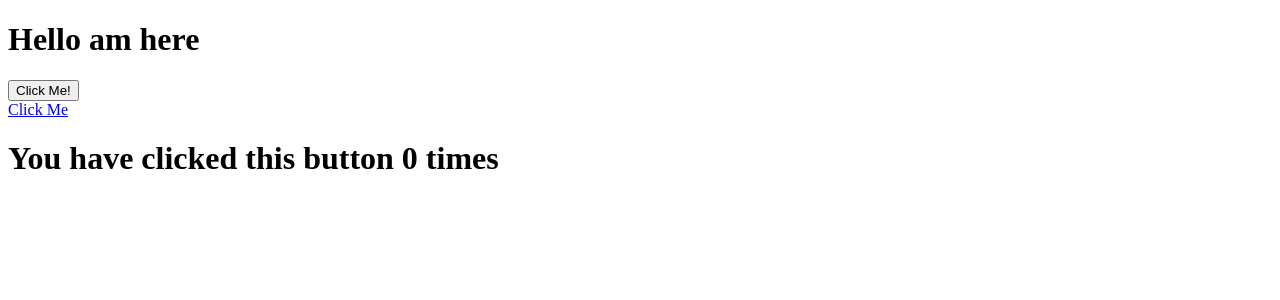
Repository: ohis/JAVAOnTheWeb
Page: http://localhost/ButtonClicker/Clicker
These files come from the project's save history. The page is drawn as it stood at one moment and after the next save; the edit follows.
The browser window is 1280 px wide. The pictures show the whole page.
The page is served by Tomcat 9.

Above is the page before, as saved 2017-12-03 03:07:53.

After the next save:
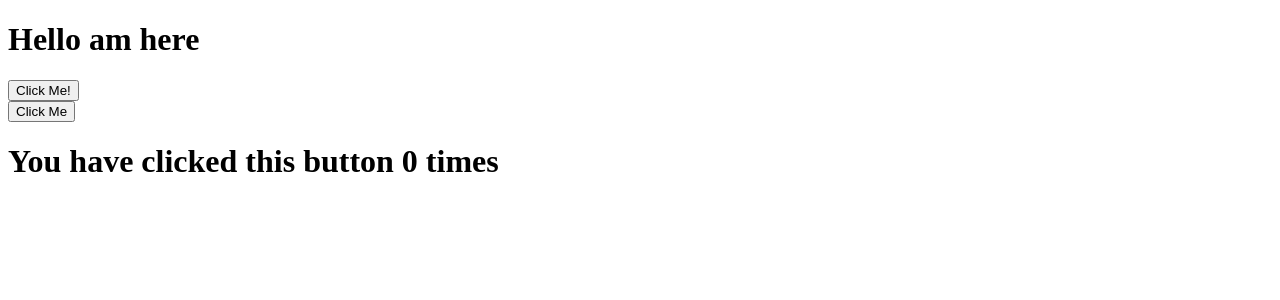
Saved 28 s later.
--- a/servlets/ButtonClicker/WebContent/WEB-INF/views/click.jsp
+++ b/servlets/ButtonClicker/WebContent/WEB-INF/views/click.jsp
@@ -12,7 +12,7 @@
   <form action="Clicker" method="get">
     <input type="submit" value="Click Me!">
   </form>
-  <a href="Clicker"> Click Me</a>
+  <a href="Clicker"><button>Click Me</button> </a>
   <h1>You have clicked this button ${clicks} times</h1>
 
 </body>
